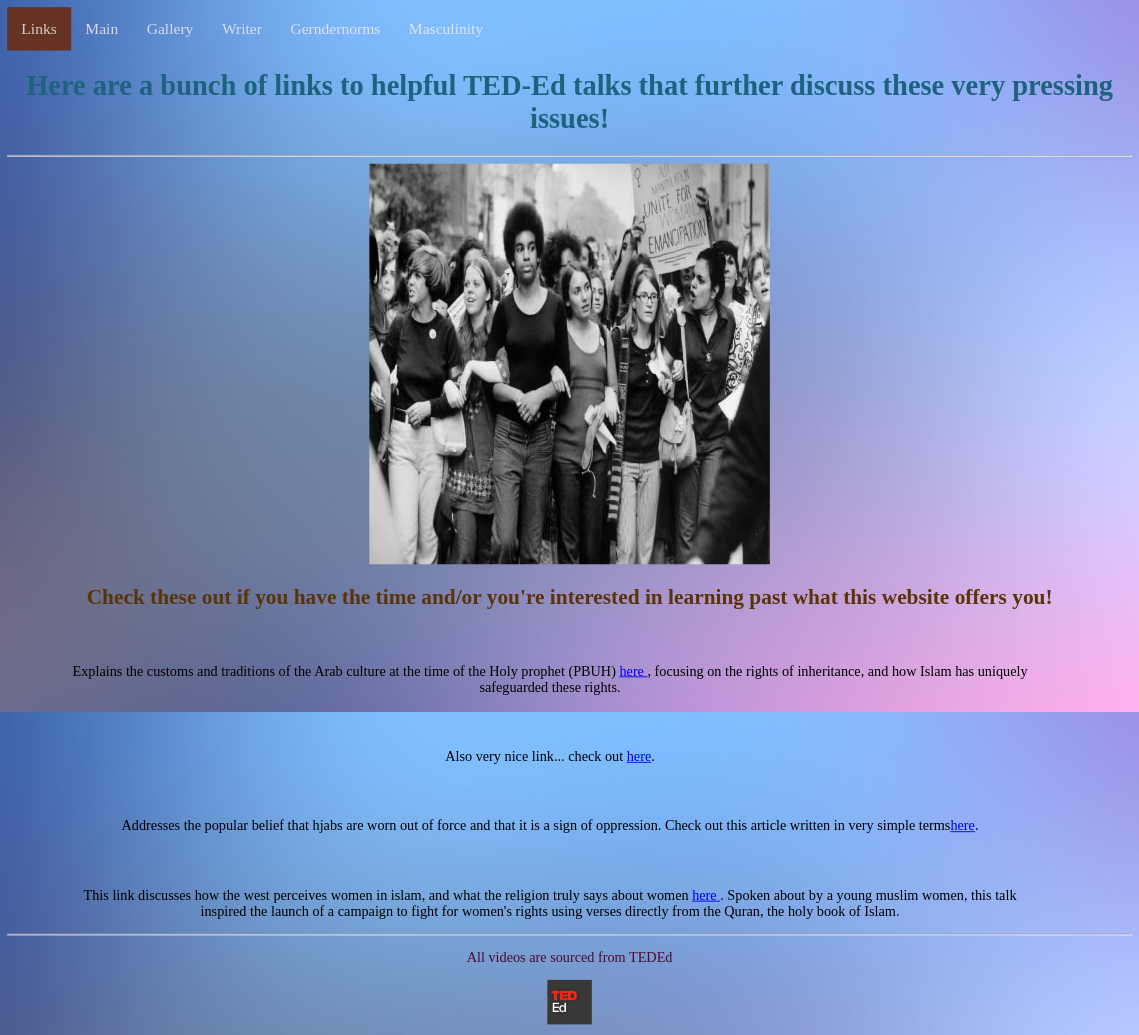
Repository: Lujaina-E/womens-rights-site
Page: links.html
An editor plug-in stored every save of this project. The page is shown before and after the next save, followed by the edit.
The browser window is 1280 px wide. The pictures show the whole page, at 89% of full size.
Backgrounds fixed to the window are drawn as part of the page.

Above is the page before, as saved 2022-07-25 23:39:52.

### links.html
<!DOCTYPE html>
<html lang="en">
    <head>

        <link rel = "stylesheet" type = "text/css" href = "linksStyle.css">
        <title>Helpful Links</title>
        <link rel="apple-touch-icon-precomposed" sizes="57x57" href="favicon/favicomatic/apple-touch-icon-57x57.png" />
        <link rel="apple-touch-icon-precomposed" sizes="114x114" href="favicon/favicomatic/apple-touch-icon-114x114.png" />
        <link rel="apple-touch-icon-precomposed" sizes="72x72" href="favicon/favicomatic/apple-touch-icon-72x72.png" />
        <link rel="apple-touch-icon-precomposed" sizes="144x144" href="favicon/favicomatic/apple-touch-icon-144x144.png" />
        <link rel="apple-touch-icon-precomposed" sizes="60x60" href="favicon/favicomatic/apple-touch-icon-60x60.png" />
        <link rel="apple-touch-icon-precomposed" sizes="120x120" href="favicon/favicomatic/apple-touch-icon-120x120.png" />
        <link rel="apple-touch-icon-precomposed" sizes="76x76" href="favicon/favicomatic/apple-touch-icon-76x76.png" />
        <link rel="apple-touch-icon-precomposed" sizes="152x152" href="favicon/favicomatic/apple-touch-icon-152x152.png" />
        <link rel="icon" type="image/png" href="favicon/favicomatic/favicon-196x196.png" sizes="196x196" />
        <link rel="icon" type="image/png" href="favicon/favicomatic/favicon-96x96.png" sizes="96x96" />
        <link rel="icon" type="image/png" href="favicon/favicomatic/favicon-32x32.png" sizes="32x32" />
        <link rel="icon" type="image/png" href="favicon/favicomatic/favicon-16x16.png" sizes="16x16" />
        <link rel="icon" type="image/png" href="favicon/favicomatic/favicon-128.png" sizes="128x128" />
        <meta name="application-name" content="helpful Links"/>
        <meta name="msapplication-TileColor" content="#FFFFFF" />
        <meta name="msapplication-TileImage" content="favicon/favicomatic/mstile-144x144.png" />
        <meta name="msapplication-square70x70logo" content="favicon/favicomatic/mstile-70x70.png" />
        <meta name="msapplication-square150x150logo" content="favicon/favicomatic/mstile-150x150.png" />
        <meta name="msapplication-wide310x150logo" content="favicon/favicomatic/mstile-310x150.png" />
        <meta name="msapplication-square310x310logo" content="favicon/favicomatic/mstile-310x310.png" />

        <div class="topnav" id="myTopnav">
            <a href="Links.html" class="active">Links</a>
            <a href="index.html">Main</a>
            <a href="gallery.html">Gallery</a>
            <a href="founder.html">Writer</a>
            <a href="gendernorms.html">Gerndernorms</a>
            <a href="masculinity.html">Masculinity</a>
            <a href="javascript:void(0);" class="icon" onclick="myFunction()">
                <i class="fa fa-bars"></i>
            </a>
        </div>
    <body>
        <h1> Here are a bunch of links to helpful TED-Ed talks that further discuss these very pressing issues!</h1> <hr>
        <img id="womenPic" src="Pictures/women.jpg" alt="Please stand by. Your computer is experiencing some loading issues, refresh the page and retry">
        <section>
            <h2 class="header">Check these out if you have the time and/or you're interested in learning past what this website offers you!</h2>
            <p class="link-info">
                Explains the customs and traditions of the Arab culture at the time of the Holy prophet (PBUH) <a href="https://www.reviewofreligions.org/1555/islam-and-womens-rights/">here
                </a>, focusing on the rights of inheritance, and how Islam has uniquely safeguarded these rights.
            </p>
            <p class="link-info">
                Also very nice link... check out <a href="https://centerforinquiry.org/blog/islam-and-womens-rights/">here</a>.
            </p>
            <p class="link-info">
                Addresses the popular belief that hjabs are worn out of force and that it is a sign of oppression. Check out this article written in very simple terms<a href="https://hidjabaya.com/blogs/news/10-reasons-why-muslim-women-wear-hijab">here</a>.
            </p>
            <p class="link-info">
                This link discusses how the west perceives women in islam, and what the religion truly says about women <a href="https://www.youtube.com/watch?v=FETryXMpDl8">here
                </a>. Spoken about by a young muslim women, this talk inspired the launch of a campaign to fight for women's rights
                using verses directly from the Quran, the holy book of Islam.
            </p>
            <hr>
        </section>
    </body>

        <footer>
            <p id ="Footer_tag"> All videos are sourced from TEDEd</p>
            <img id="Footer_pic" src="Pictures/ted.jpg" alt="Loading error, please stand by and check connection">
        </footer>

</html>

### linksStyle.css
            h4{
               text-align: left;
            }

            body{
                /* background-color: oldlace; */
                text-align: center;
                background-image: url('Pictures/backdrop.jpg');
                background-repeat: no-repeat;
                background-position: center center;
                background-size: cover;
                background-attachment: fixed;
            }

            h1{
                color: rgb(30, 99, 126);
            }

            #womenPic{
                width: 450px;
                height: 450px;
            }

            .header{
                color: rgb(90, 51, 6);
            }

            body > p {
                color: darkslategray;
            }

            #Footer_tag{
                color:rgb(77, 9, 46);
                font: timesNewRoman;
                text-align: center;
            }

            #Footer_pic{
                width: 50px;
                height: 50px;
            }

            .topnav {
                overflow: hidden;
              }

              .topnav a {
                float: left;
                display: block;
                color: rgba(247, 235, 235, 0.829);
                text-align: center;
                padding: 14px 16px;
                text-decoration: none;
                font-size: 17.5px;
              }

              .topnav a:hover {
                color: rgb(88, 26, 26);
              }

              .topnav a.active {
                background-color: #643324;
                color: rgba(247, 235, 235, 0.829);
              }

              .topnav .icon {
                display: none;
              }

                @media screen and (max-width: 600px) {
                    .topnav a:not(:first-child) {display: none;}
                    .topnav a.icon {
                    float: right;
                    display: block;
                    }
                }

                @media screen and (max-width: 600px) {
                    .topnav.responsive {position: relative;}
                    .topnav.responsive a.icon {
                    position: absolute;
                    right: 0;
                    top: 0;
                    }
                    .topnav.responsive a {
                    float: none;
                    display: block;
                    text-align: left;
                    }
                }

              .link-info{
                width: 1100px;
                margin-left: 60px;
                margin-top: 60px;
                }

After the next save:
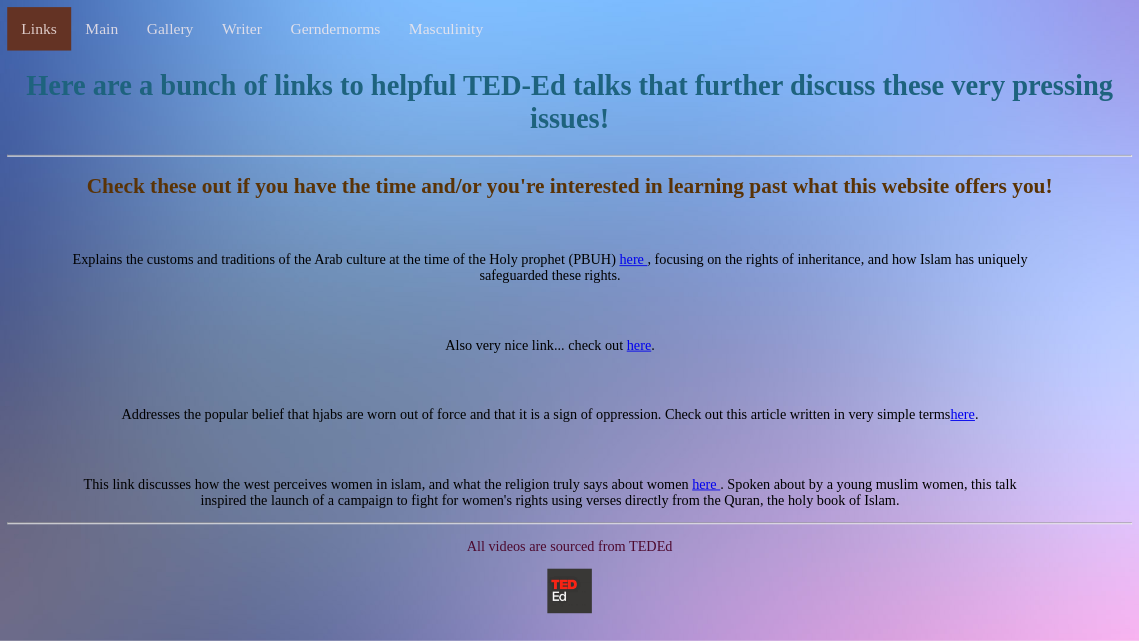
Saved 17 s later.
--- a/links.html
+++ b/links.html
@@ -38,7 +38,6 @@
         </div>
     <body>
         <h1> Here are a bunch of links to helpful TED-Ed talks that further discuss these very pressing issues!</h1> <hr>
-        <img id="womenPic" src="Pictures/women.jpg" alt="Please stand by. Your computer is experiencing some loading issues, refresh the page and retry">
         <section>
             <h2 class="header">Check these out if you have the time and/or you're interested in learning past what this website offers you!</h2>
             <p class="link-info">
